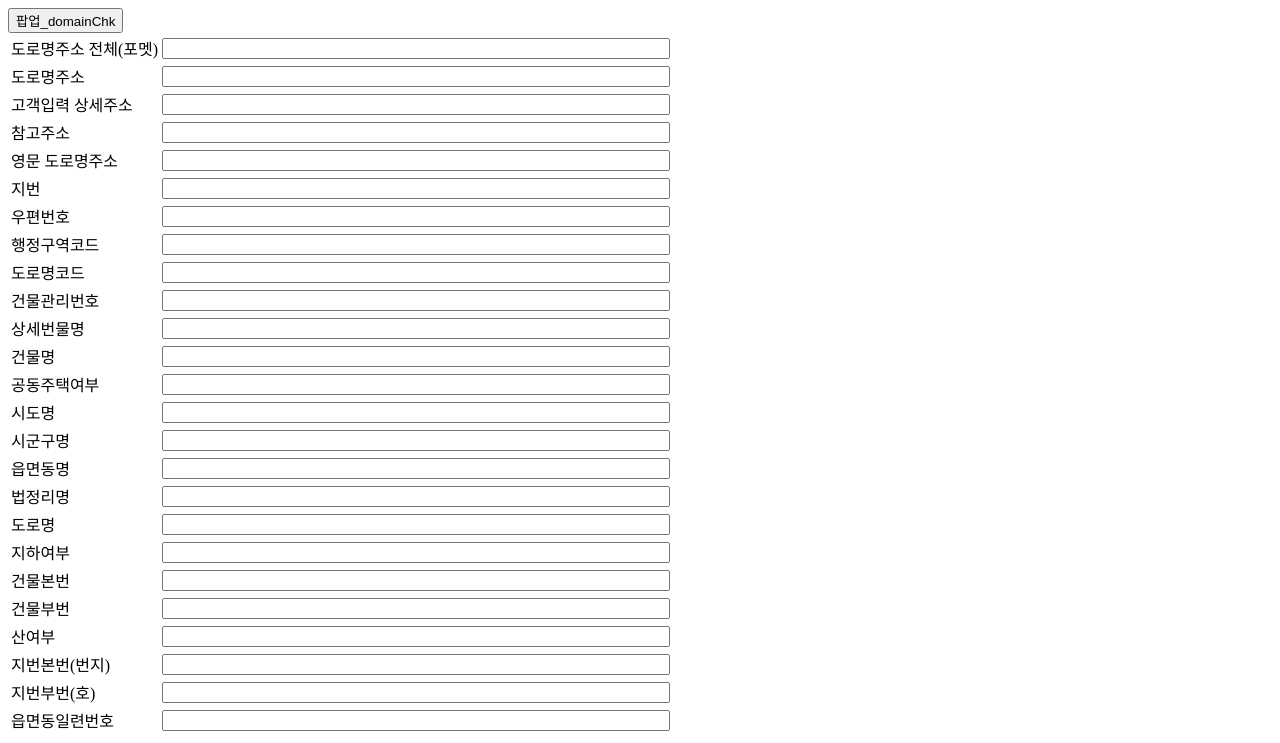
Repository: cwj2306/blog_project_2
Page: http://localhost/blog/test/Sample.jsp
An editor plug-in stored every save of this project. The page is shown before and after the next save, followed by the edit.
The browser window is 1280 px wide. The pictures show the whole page.
The page is served by Tomcat 9. Nobody is signed in. The application's start-up code is not run. Other server files are loaded and not shown.

Above is the page before, as saved 2019-10-31 01:48:02.

### blog/WebContent/test/Sample.jsp
<%@ page language="java" contentType="text/html; charset=UTF-8"
    pageEncoding="UTF-8"%>
<!DOCTYPE html PUBLIC "-//W3C//DTD HTML 4.01 Transitional//EN" "http://www.w3.org/TR/html4/loose.dtd">
<html>
<head>
<meta http-equiv="Content-Type" content="text/html; charset=UTF-8">
<script language="javascript">
// opener관련 오류가 발생하는 경우 아래 주석을 해지하고, 사용자의 도메인정보를 입력합니다. ("팝업API 호출 소스"도 동일하게 적용시켜야 합니다.)
//document.domain = "abc.go.kr";

function goPopup(){
	// 주소검색을 수행할 팝업 페이지를 호출합니다.
	// 호출된 페이지(jusopopup.jsp)에서 실제 주소검색URL(http://www.juso.go.kr/addrlink/addrLinkUrl.do)를 호출하게 됩니다.
	var pop = window.open("/blog/test/jusoPopup.jsp","pop","width=570,height=420, scrollbars=yes, resizable=yes");

	// 모바일 웹인 경우, 호출된 페이지(jusopopup.jsp)에서 실제 주소검색URL(http://www.juso.go.kr/addrlink/addrMobileLinkUrl.do)를 호출하게 됩니다.
    //var pop = window.open("/popup/jusoPopup.jsp","pop","scrollbars=yes, resizable=yes");
}


function jusoCallBack(roadFullAddr,roadAddrPart1,addrDetail,roadAddrPart2,engAddr, jibunAddr, zipNo, admCd, rnMgtSn, bdMgtSn,detBdNmList,bdNm,bdKdcd,siNm,sggNm,emdNm,liNm,rn,udrtYn,buldMnnm,buldSlno,mtYn,lnbrMnnm,lnbrSlno,emdNo){
		// 팝업페이지에서 주소입력한 정보를 받아서, 현 페이지에 정보를 등록합니다.
		document.form.roadFullAddr.value = roadFullAddr;
		document.form.roadAddrPart1.value = roadAddrPart1;
		document.form.roadAddrPart2.value = roadAddrPart2;
		document.form.addrDetail.value = addrDetail;
		document.form.engAddr.value = engAddr;
		document.form.jibunAddr.value = jibunAddr;
		document.form.zipNo.value = zipNo;
		document.form.admCd.value = admCd;
		document.form.rnMgtSn.value = rnMgtSn;
		document.form.bdMgtSn.value = bdMgtSn;
		document.form.detBdNmList.value = detBdNmList;
		/** 2017년 2월 추가제공 **/
		document.form.bdNm.value = bdNm;
		document.form.bdKdcd.value = bdKdcd;
		document.form.siNm.value = siNm;
		document.form.sggNm.value = sggNm;
		document.form.emdNm.value = emdNm;
		document.form.liNm.value = liNm;
		document.form.rn.value = rn;
		document.form.udrtYn.value = udrtYn;
		document.form.buldMnnm.value = buldMnnm;
		document.form.buldSlno.value = buldSlno;
		document.form.mtYn.value = mtYn;
		document.form.lnbrMnnm.value = lnbrMnnm;
		document.form.lnbrSlno.value = lnbrSlno;
		/** 2017년 3월 추가제공 **/
		document.form.emdNo.value = emdNo;

}

</script>
<title>주소 입력 샘플</title>
</head>
<body>
<form name="form" id="form" method="post">

	<input type="button" onClick="goPopup();" value="팝업_domainChk"/>
	<div id="list"></div>
	<div id="callBackDiv">
		<table>
			<tr><td>도로명주소 전체(포멧)</td><td><input type="text"  style="width:500px;" id="roadFullAddr"  name="roadFullAddr" /></td></tr>
			<tr><td>도로명주소           </td><td><input type="text"  style="width:500px;" id="roadAddrPart1"  name="roadAddrPart1" /></td></tr>
			<tr><td>고객입력 상세주소    </td><td><input type="text"  style="width:500px;" id="addrDetail"  name="addrDetail" /></td></tr>
			<tr><td>참고주소             </td><td><input type="text"  style="width:500px;" id="roadAddrPart2"  name="roadAddrPart2" /></td></tr>
			<tr><td>영문 도로명주소      </td><td><input type="text"  style="width:500px;" id="engAddr"  name="engAddr" /></td></tr>
			<tr><td>지번                 </td><td><input type="text"  style="width:500px;" id="jibunAddr"  name="jibunAddr" /></td></tr>
			<tr><td>우편번호             </td><td><input type="text"  style="width:500px;" id="zipNo"  name="zipNo" /></td></tr>
			<tr><td>행정구역코드        </td><td><input type="text"  style="width:500px;" id="admCd"  name="admCd" /></td></tr>
			<tr><td>도로명코드          </td><td><input type="text"  style="width:500px;" id="rnMgtSn"  name="rnMgtSn" /></td></tr>
			<tr><td>건물관리번호        </td><td><input type="text"  style="width:500px;" id="bdMgtSn"  name="bdMgtSn" /></td></tr>
			<tr><td>상세번물명        	</td><td><input type="text"  style="width:500px;" id="detBdNmList"  name="detBdNmList" /></td></tr>
			<tr><td>건물명        		</td><td><input type="text"  style="width:500px;" id="bdNm"  name="bdNm" /></td></tr>
			<tr><td>공동주택여부       </td><td><input type="text"  style="width:500px;" id="bdKdcd"  name="bdKdcd" /></td></tr>
			<tr><td>시도명        		</td><td><input type="text"  style="width:500px;" id="siNm"  name="siNm" /></td></tr>
			<tr><td>시군구명        	</td><td><input type="text"  style="width:500px;" id="sggNm"  name="sggNm" /></td></tr>
			<tr><td>읍면동명        	</td><td><input type="text"  style="width:500px;" id="emdNm"  name="emdNm" /></td></tr>
			<tr><td>법정리명        	</td><td><input type="text"  style="width:500px;" id="liNm"  name="liNm" /></td></tr>
			<tr><td>도로명        		</td><td><input type="text"  style="width:500px;" id="rn"  name="rn" /></td></tr>
			<tr><td>지하여부        	</td><td><input type="text"  style="width:500px;" id="udrtYn"  name="udrtYn" /></td></tr>
			<tr><td>건물본번        	</td><td><input type="text"  style="width:500px;" id="buldMnnm"  name="buldMnnm" /></td></tr>
			<tr><td>건물부번        	</td><td><input type="text"  style="width:500px;" id="buldSlno"  name="buldSlno" /></td></tr>
			<tr><td>산여부        		</td><td><input type="text"  style="width:500px;" id="mtYn"  name="mtYn" /></td></tr>
			<tr><td>지번본번(번지)     </td><td><input type="text"  style="width:500px;" id="lnbrMnnm"  name="lnbrMnnm" /></td></tr>
			<tr><td>지번부번(호)       </td><td><input type="text"  style="width:500px;" id="lnbrSlno"  name="lnbrSlno" /></td></tr>
			<tr><td>읍면동일련번호       </td><td><input type="text"  style="width:500px;" id="emdNo"  name="emdNo" /></td></tr>
		</table>
	</div>

</form>
</body>
</html>

After the next save:
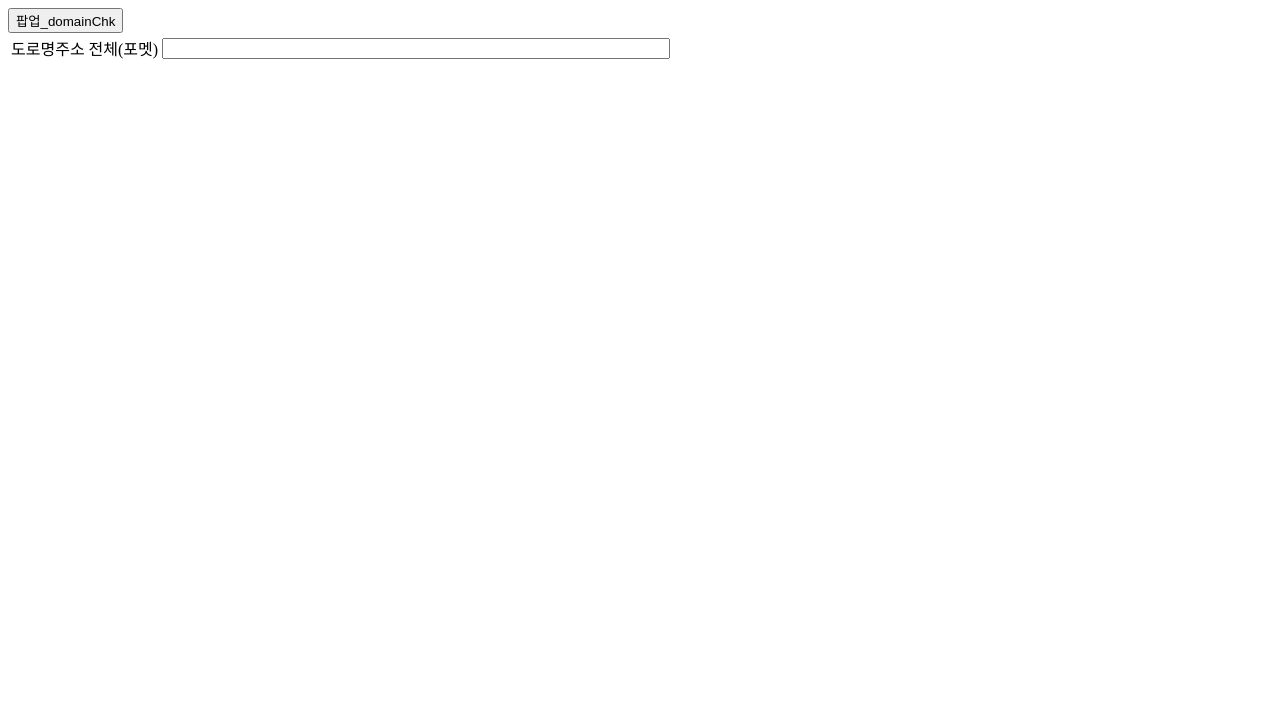
Saved 2 min 1 s later.
--- a/blog/WebContent/test/Sample.jsp
+++ b/blog/WebContent/test/Sample.jsp
@@ -61,30 +61,6 @@ function jusoCallBack(roadFullAddr,roadAddrPart1,addrDetail,roadAddrPart2,engAdd
 	<div id="callBackDiv">
 		<table>
 			<tr><td>도로명주소 전체(포멧)</td><td><input type="text"  style="width:500px;" id="roadFullAddr"  name="roadFullAddr" /></td></tr>
-			<tr><td>도로명주소           </td><td><input type="text"  style="width:500px;" id="roadAddrPart1"  name="roadAddrPart1" /></td></tr>
-			<tr><td>고객입력 상세주소    </td><td><input type="text"  style="width:500px;" id="addrDetail"  name="addrDetail" /></td></tr>
-			<tr><td>참고주소             </td><td><input type="text"  style="width:500px;" id="roadAddrPart2"  name="roadAddrPart2" /></td></tr>
-			<tr><td>영문 도로명주소      </td><td><input type="text"  style="width:500px;" id="engAddr"  name="engAddr" /></td></tr>
-			<tr><td>지번                 </td><td><input type="text"  style="width:500px;" id="jibunAddr"  name="jibunAddr" /></td></tr>
-			<tr><td>우편번호             </td><td><input type="text"  style="width:500px;" id="zipNo"  name="zipNo" /></td></tr>
-			<tr><td>행정구역코드        </td><td><input type="text"  style="width:500px;" id="admCd"  name="admCd" /></td></tr>
-			<tr><td>도로명코드          </td><td><input type="text"  style="width:500px;" id="rnMgtSn"  name="rnMgtSn" /></td></tr>
-			<tr><td>건물관리번호        </td><td><input type="text"  style="width:500px;" id="bdMgtSn"  name="bdMgtSn" /></td></tr>
-			<tr><td>상세번물명        	</td><td><input type="text"  style="width:500px;" id="detBdNmList"  name="detBdNmList" /></td></tr>
-			<tr><td>건물명        		</td><td><input type="text"  style="width:500px;" id="bdNm"  name="bdNm" /></td></tr>
-			<tr><td>공동주택여부       </td><td><input type="text"  style="width:500px;" id="bdKdcd"  name="bdKdcd" /></td></tr>
-			<tr><td>시도명        		</td><td><input type="text"  style="width:500px;" id="siNm"  name="siNm" /></td></tr>
-			<tr><td>시군구명        	</td><td><input type="text"  style="width:500px;" id="sggNm"  name="sggNm" /></td></tr>
-			<tr><td>읍면동명        	</td><td><input type="text"  style="width:500px;" id="emdNm"  name="emdNm" /></td></tr>
-			<tr><td>법정리명        	</td><td><input type="text"  style="width:500px;" id="liNm"  name="liNm" /></td></tr>
-			<tr><td>도로명        		</td><td><input type="text"  style="width:500px;" id="rn"  name="rn" /></td></tr>
-			<tr><td>지하여부        	</td><td><input type="text"  style="width:500px;" id="udrtYn"  name="udrtYn" /></td></tr>
-			<tr><td>건물본번        	</td><td><input type="text"  style="width:500px;" id="buldMnnm"  name="buldMnnm" /></td></tr>
-			<tr><td>건물부번        	</td><td><input type="text"  style="width:500px;" id="buldSlno"  name="buldSlno" /></td></tr>
-			<tr><td>산여부        		</td><td><input type="text"  style="width:500px;" id="mtYn"  name="mtYn" /></td></tr>
-			<tr><td>지번본번(번지)     </td><td><input type="text"  style="width:500px;" id="lnbrMnnm"  name="lnbrMnnm" /></td></tr>
-			<tr><td>지번부번(호)       </td><td><input type="text"  style="width:500px;" id="lnbrSlno"  name="lnbrSlno" /></td></tr>
-			<tr><td>읍면동일련번호       </td><td><input type="text"  style="width:500px;" id="emdNo"  name="emdNo" /></td></tr>
 		</table>
 	</div>
 
